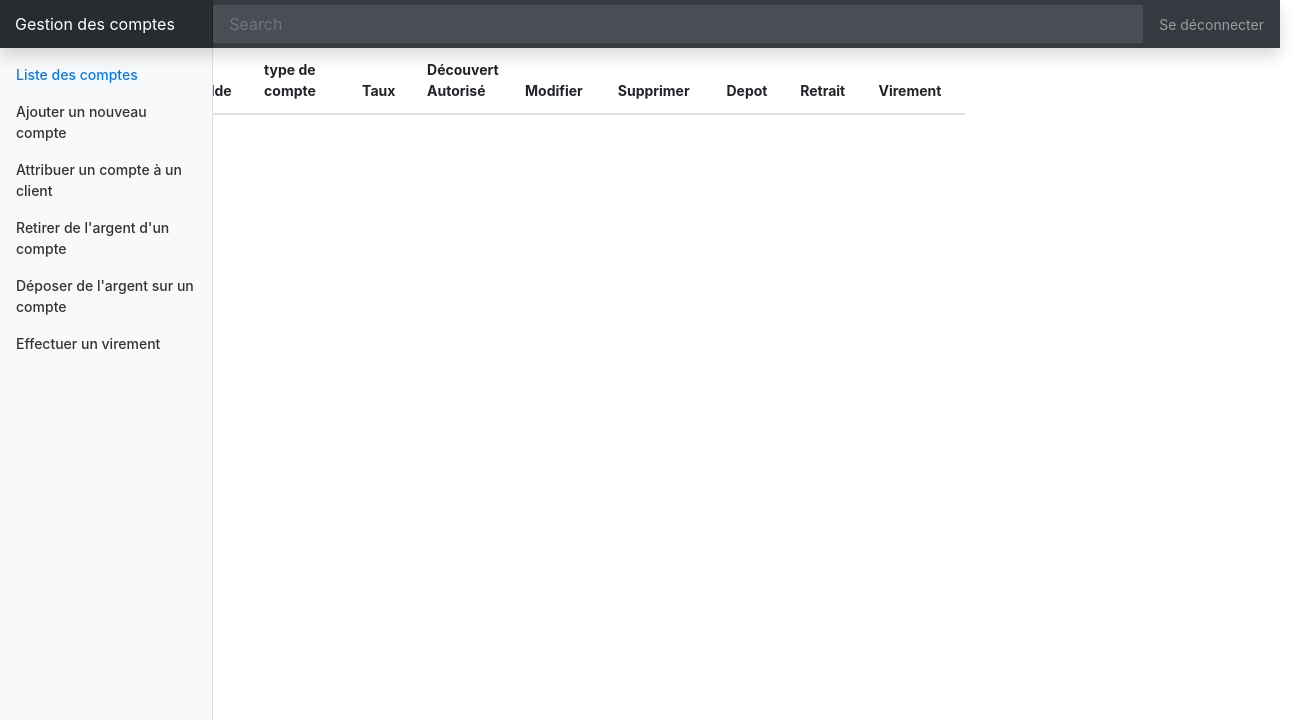
Repository: liiiseee/Projet
Page: http://localhost/02_projet_gestion_clients_compte/menu-comptes.jsp
These files come from the project's save history. The page is drawn as it stood at one moment and after the next save; the edit follows.
The browser window is 1280 px wide. The page is 1295 px wide, so the pictures cover 1295 px, including what lies to the right of the window. The pictures show the whole page.
The page is served by Tomcat 9. Other server files are loaded and not shown. The template is opened directly, without the code that normally fills it, so the values that code supplies are empty.

Above is the page before, as saved 2020-03-30 14:56:02.

### 02_projet_gestion_clients_compte/WebContent/menu-comptes.jsp
<%@ page language="java" contentType="text/html; charset=ISO-8859-1"
    pageEncoding="ISO-8859-1"%>

<%@ taglib uri="http://java.sun.com/jsp/jstl/core" prefix="c"%>
<!DOCTYPE html>
<html>
<head>
<meta charset="ISO-8859-1">
<title>liste comptes</title>
<link href="assets/styles/bootstrap.min.css" rel="stylesheet" >

 <style>
      .bd-placeholder-img {
        font-size: 1.125rem;
        text-anchor: middle;
        -webkit-user-select: none;
        -moz-user-select: none;
        -ms-user-select: none;
        user-select: none;
      }

      @media (min-width: 768px) {
        .bd-placeholder-img-lg {
          font-size: 3.5rem;
        }
      }
    </style>
    <!-- Custom styles for this template -->
    <link href="assets/styles/dashboard.css" rel="stylesheet">
</head>
<body>

    <nav class="navbar navbar-dark fixed-top bg-dark flex-md-nowrap p-0 shadow">
  <a class="navbar-brand col-sm-3 col-md-2 mr-0" href="#">Gestion des comptes</a>
  <input class="form-control form-control-dark w-100" type="text" placeholder="Search" aria-label="Search">
  <ul class="navbar-nav px-3">
    <li class="nav-item text-nowrap">
      <a class="nav-link" href="authentification-servlet?destroy=true">Se déconnecter</a>
    </li>
  </ul>
</nav>

<div class="container-fluid">
  <div class="row">
    <nav class="col-md-2 d-none d-md-block bg-light sidebar">
      <div class="sidebar-sticky">
        <ul class="nav flex-column">
          <li class="nav-item">
            <a class="nav-link active" href="#">
              <span data-feather="home"></span>
              Liste des comptes <span class="sr-only">(current)</span>
            </a>
          </li>
          <li class="nav-item">
            <a class="nav-link" href="ajout-compte.jsp">
              <span data-feather="file"></span>
              Ajouter un nouveau compte
            </a>
          </li>
          <li class="nav-item">
            <a class="nav-link" href="attribuer-compte.jsp">
              <span data-feather="file"></span>
              Attribuer un compte à un client
            </a>
          </li>
         <li class="nav-item">
          <input type="hidden" name="action" value="liste"/>
            <a class="nav-link" href="menu-retrait.jsp">
              <span data-feather="shopping-cart"></span>
              Retirer de l'argent d'un compte
            </a>
          </li>

          <li class="nav-item">
          <input type="hidden" name="action" value="dep"/>
            <a class="nav-link" href="menu-depot.jsp">
              <span data-feather="users"></span>
             Déposer de l'argent sur un compte
            </a>
          </li>
          <li class="nav-item">
            <a class="nav-link" href="#">
              <span data-feather="bar-chart-2"></span>
              Effectuer un virement
            </a>
          </li>
          </ul>



      </div>
    </nav>
    </div>
    </div>





   <h2>Liste des comptes</h2>
   <div class="row">
     <div class="table-responsive" >
       <table  class="table table-striped" style="width: 980px;">




          <thead>
            <tr>
              	<th style="width:10%;">ID</th>
              	<th style="width:10%;">Id du client</th>
	 			<th style="width:10px;">Solde</th>
	 			<th style="width:10%;">type de compte</th>
	 			<th style="width:10px;">Taux</th>
	 			<th style="width:10%;">Découvert Autorisé</th>
	 			<th style="width:10px;">Modifier</th>
	 			<th style="width:10px;">Supprimer</th>
	 			<th style="width:10px;">Depot</th>
	 			<th style="width:10px;">Retrait</th>
	 			<th style="width:10px;">Virement</th>

            </tr>
          </thead>
          <tbody>
            <c:forEach items="${liste_comptes}" var="compte">
	 			<tr>

	 				<td>${compte.idCompte }</td>
	 				<td> ${compte.clientID } </td>
	 				<td> ${compte.solde } </td>
	 				<td> ${compte.typeCompte } </td>
	 				<td> ${compte.taux } </td>
	 				<td> ${compte.decouvert } </td>
	 				<td>
	 					<a href="gestion-compte-servlet?action=modif&id-compte=${compte.idCompte}">modifier</a>
	 				</td>


	 				<td>
	 					<a href="gestion-compte-servlet?action=supp&id-compte=${compte.idCompte}">supprimer</a>
	 				</td>

	 				<td>
	 					<a href="gestion-compte-servlet?action=depot&id-compte=${compte.idCompte}">depot</a>
	 				</td>

	 				<td>
	 					<a href="gestion-compte-servlet?action=retrait&id-compte=${compte.idCompte}">retrait</a>
	 				</td>
	 				<td>
	 					<a href="gestion-compte-servlet?action=virement&id-compte=${compte.idCompte}">virement</a>
	 				</td>




	 				</tr>

            </c:forEach>


          </tbody>

        </table>

            </div>
        </div>



</body>
</html>

### 02_projet_gestion_clients_compte/WebContent/assets/styles/dashboard.css
@charset "ISO-8859-1";

body {
  font-size: .875rem;
}

.feather {
  width: 16px;
  height: 16px;
  vertical-align: text-bottom;
}

/*
 * Sidebar
 */

.sidebar {
  position: fixed;
  top: 0;
  bottom: 0;
  left: 0;
  z-index: 100; /* Behind the navbar */
  padding: 48px 0 0; /* Height of navbar */
  box-shadow: inset -1px 0 0 rgba(0, 0, 0, .1);
}

.sidebar-sticky {
  position: relative;
  top: 0;
  height: calc(100vh - 48px);
  padding-top: .5rem;
  overflow-x: hidden;
  overflow-y: auto; /* Scrollable contents if viewport is shorter than content. */
}

@supports ((position: -webkit-sticky) or (position: sticky)) {
  .sidebar-sticky {
    position: -webkit-sticky;
    position: sticky;
  }
}

.sidebar .nav-link {
  font-weight: 500;
  color: #333;
}

.sidebar .nav-link .feather {
  margin-right: 4px;
  color: #999;
}

.sidebar .nav-link.active {
  color: #007bff;
}

.sidebar .nav-link:hover .feather,
.sidebar .nav-link.active .feather {
  color: inherit;
}

.sidebar-heading {
  font-size: .75rem;
  text-transform: uppercase;
}

/*
 * Content
 */

[role="main"] {
  padding-top: 133px; /* Space for fixed navbar */
}

@media (min-width: 768px) {
  [role="main"] {
    padding-top: 48px; /* Space for fixed navbar */
  }
}

/*
 * Navbar
 */

.navbar-brand {
  padding-top: .75rem;
  padding-bottom: .75rem;
  font-size: 1rem;
  background-color: rgba(0, 0, 0, .25);
  box-shadow: inset -1px 0 0 rgba(0, 0, 0, .25);
}

.navbar .form-control {
  padding: .75rem 1rem;
  border-width: 0;
  border-radius: 0;
}

.form-control-dark {
  color: #fff;
  background-color: rgba(255, 255, 255, .1);
  border-color: rgba(255, 255, 255, .1);
}

.form-control-dark:focus {
  border-color: transparent;
  box-shadow: 0 0 0 3px rgba(255, 255, 255, .25);
}

Loaded but not shown: 02_projet_gestion_clients_compte/WebContent/assets/styles/bootstrap.min.css (library)

After the next save:
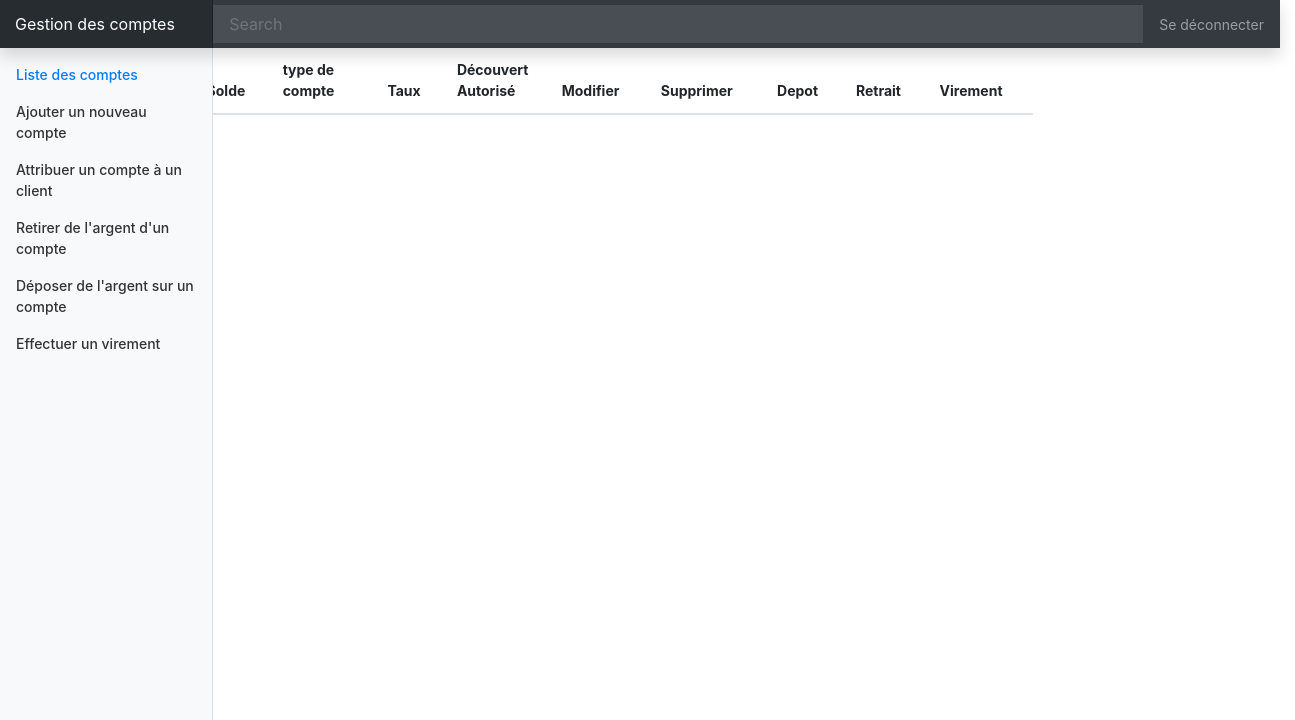
Saved 63 s later.
--- a/02_projet_gestion_clients_compte/WebContent/menu-comptes.jsp
+++ b/02_projet_gestion_clients_compte/WebContent/menu-comptes.jsp
@@ -100,7 +100,7 @@
    <h2>Liste des comptes</h2>
    <div class="row">
      <div class="table-responsive" >
-       <table  class="table table-striped" style="width: 980px;">
+       <table  class="table table-striped" style="width: 80%;">
 
 
 
